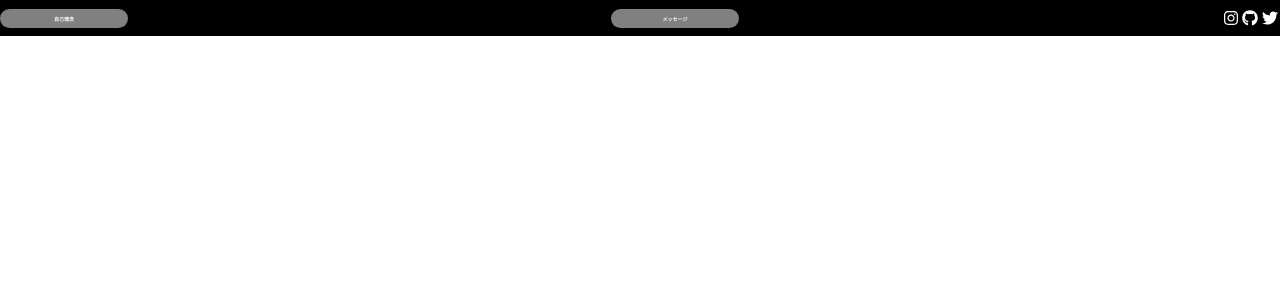
Repository: Rujuu-prog/react-mysite
Page: /
The author's editor kept a copy of each file at every save. The page is drawn from the files as they stood at one save, then again after the next save.
The browser window is 1280 px wide. The pictures show the whole page.
The project was rebuilt for these pictures with package versions that can differ from the ones it lists, and the page was loaded fresh each time. A package was used in the major version that the imports need, not the one package.json lists.

Above is the page before, as saved 2021-05-12 15:50:20.

### src/App.tsx
import React from 'react';
import { BrowserRouter, Link, Switch, Route } from "react-router-dom";
// import { Router } from "./router/Router";
import './App.css';
import { PrimaryButton } from './components/atoms/button/PrimaryButton';
import { Github } from './components/atoms/icon/Github';
import { Instagram } from './components/atoms/icon/Instagram';
import { Twitter } from './components/atoms/icon/Twitter';
import { IconList } from './components/molecules/IconList';
import { HeaderOnly } from './components/templates/HeaderOnly';



export default function App() {
  return (
    // <BrowserRouter>
      <div className="App" >
        <HeaderOnly/>

      </div>
    // </BrowserRouter>
  );
}

### src/components/templates/HeaderOnly.tsx
import React from "react";
import { Link } from "react-router-dom";
import styled from "styled-components";

import { Header } from "../atoms/layout/Header";
import { PrimaryButton } from "../atoms/button/PrimaryButton"
import { IconList } from "../molecules/IconList";

type Props = {
    children?: React.ReactNode;
};

export const HeaderOnly: React.FC<Props> = ({children}) => {
    return (
    <>
        <Header>
            <PrimaryButton>自己理念</PrimaryButton>
            <PrimaryButton>メッセージ</PrimaryButton>
            <IconList/>
        </Header>
        {children}
    </>
    );
};


// const SLink = styled(Link)`
//     margin: 0 8px;
// `;

### src/components/atoms/layout/Header.tsx
import React from "react";
import styled from "styled-components";

import { PrimaryButton } from '../button/PrimaryButton'

type Props = {
    children?: React.ReactNode;
}

export const Header: React.FC<Props> = ({children}) => {
    return (<SHeader>{children}</SHeader>);
};

const SHeader = styled.header`
    display: flex;
    justify-content: space-between;
    align-items: center;
    width: 100%;
    height: 20%;
    background-color: black;
    color: #fff;
    text-align: center;
    padding: 8px 0;
`;

### src/components/atoms/button/PrimaryButton.tsx
import styled from "styled-components";
import { BaseButton } from "./BaseButton";

export const PrimaryButton = (props:any) => {
    const { children } = props;
    return <SButton>{children}</SButton>;
};

const SButton = styled(BaseButton)`
    background-color: gray;
    width: 10%;
    font-size: 5px;
`;

### src/components/molecules/IconList.tsx
import React from "react";
import styled from "styled-components";
import { Github } from "../atoms/icon/Github";
import { Instagram } from "../atoms/icon/Instagram";
import { Twitter } from "../atoms/icon/Twitter";

export const IconList:React.FC = () => {
    return(
        <SIconContainer>
            <Instagram/>
            <Github/>
            <Twitter/>
        </SIconContainer>
    );
};

const SIconContainer = styled.div`
    display: flex;
    align-items: center;
`;

### src/components/atoms/button/BaseButton.tsx
import styled from "styled-components";

export const BaseButton = styled.button`
    color: #fff;
    font-weight: bold;
    padding: 6px 24px;
    border: none;
    border-radius: 9999px;
    outline: none;
    &:hover {
        cursor: pointer;
        opacity: 0.8;
    }
`;

### src/components/atoms/icon/Github.tsx
import { faGithub, faInstagram } from "@fortawesome/free-brands-svg-icons";
import { FontAwesomeIcon } from "@fortawesome/react-fontawesome"

const IconStyle = {
    padding:"2",
    fontsize:"50"
}

export const Github:React.FC = () => {
    return(<FontAwesomeIcon style={IconStyle} icon={faGithub}></FontAwesomeIcon>);
}

### src/components/atoms/icon/Instagram.tsx
import { faInstagram } from "@fortawesome/free-brands-svg-icons";
import { FontAwesomeIcon } from "@fortawesome/react-fontawesome"

const IconStyle = {
    padding:"2",
    fontsize:"50"
}

export const Instagram:React.FC = () => {
    return(<FontAwesomeIcon style={IconStyle} icon={faInstagram}></FontAwesomeIcon>);
}

### src/components/atoms/icon/Twitter.tsx
import { faInstagram, faTwitter } from "@fortawesome/free-brands-svg-icons";
import { FontAwesomeIcon } from "@fortawesome/react-fontawesome"

const IconStyle = {
    padding:"2",
    fontsize:"50"
}

export const Twitter:React.FC = () => {
    return(<FontAwesomeIcon style={IconStyle} icon={faTwitter}></FontAwesomeIcon>);
}

Loaded but not shown: public/index.html (common file); src/index.tsx (common file); src/index.css (common file); src/reportWebVitals.ts (common file); src/App.css (common file)

After the next save:
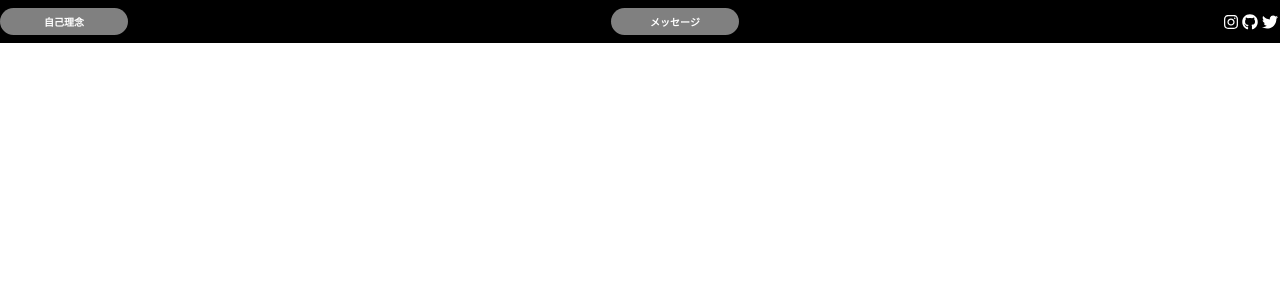
Saved 9 s later.
--- a/src/components/atoms/button/PrimaryButton.tsx
+++ b/src/components/atoms/button/PrimaryButton.tsx
@@ -9,5 +9,5 @@ export const PrimaryButton = (props:any) => {
 const SButton = styled(BaseButton)`
     background-color: gray;
     width: 10%;
-    font-size: 5px;
+    font-size: 10px;
 `;
